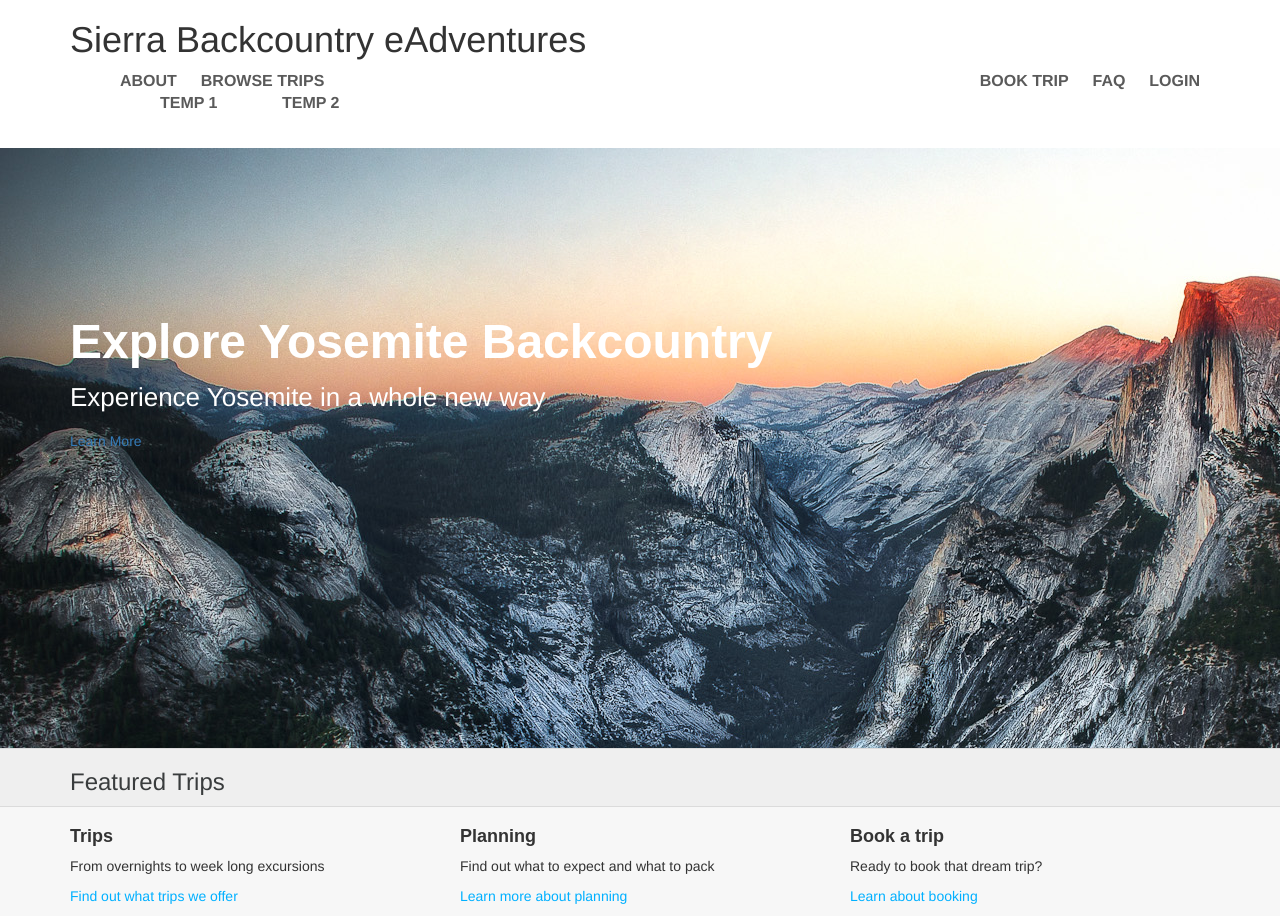
Repository: nageek17/eadventures
Page: http://localhost/home.php
The author's editor kept a record of every edit. The page is drawn from the files as they stood at one moment, then again after the next edit.
The browser window is 1280 px wide. The pictures show the whole page.
Some web libraries are served in a nearby version. The page is run by PHP 8.4 with error messages shown; the project is at /var/www/html/. Queries for data that is not in the repository find no rows.

Above is the page before.
Console error (its wording comes from the project's code and is left out).

After the next edit:
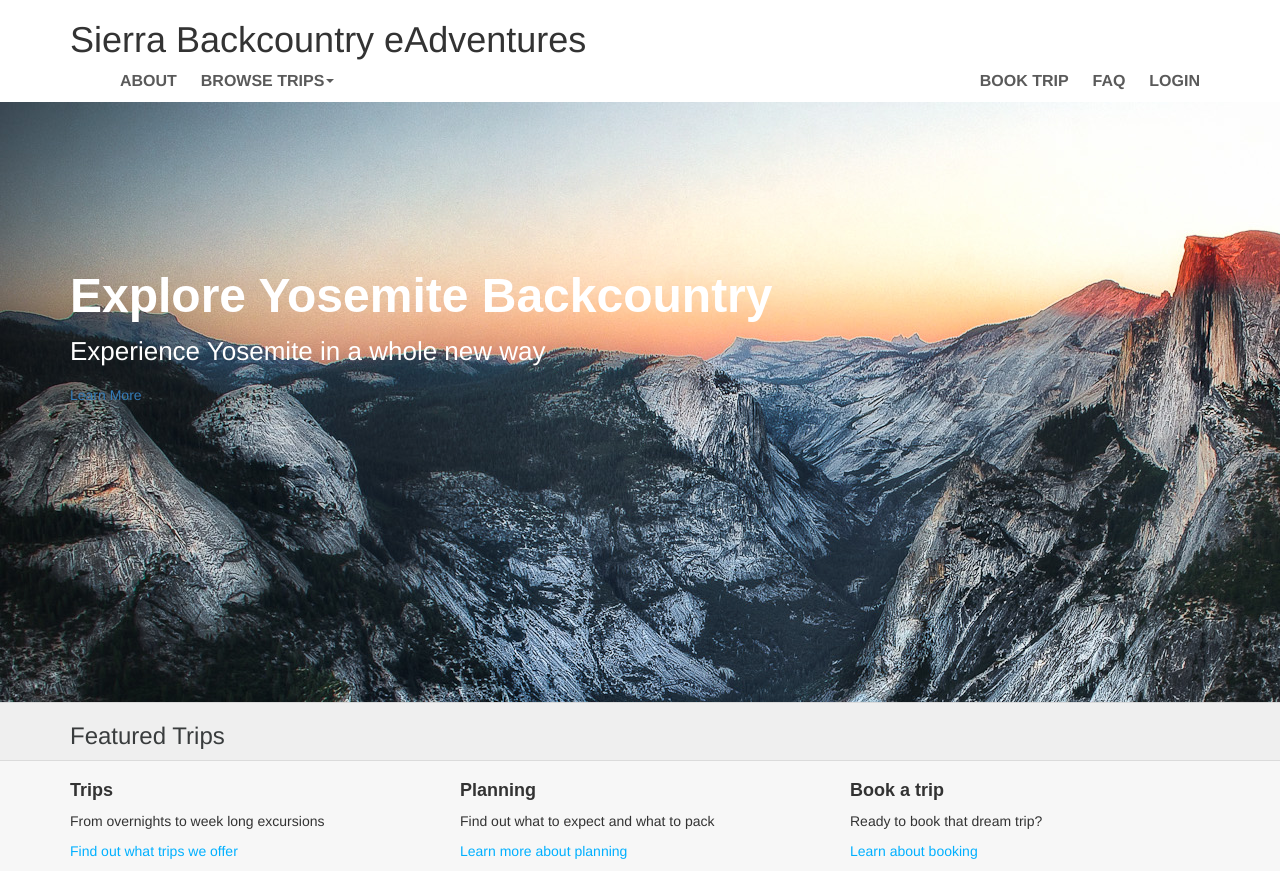
The edit:
--- a/header.php
+++ b/header.php
@@ -27,11 +27,7 @@
         <h1 class='heading'>Sierra Backcountry eAdventures</h1>
         <ul class="pull-left" class="active">
           <li><a href="index.php">about</a></li>
-          <li><a href="products.php">Browse Trips</a>
-          <ul>
-            <li><a href="#">temp 1</li>
-            <li><a href="#">temp 2</li>
-          </ul>
+          <li><a href="products.php" data-toggle="dropdown">Browse Trips<span class="caret"></span></a>
 
           </li>
         </ul>
